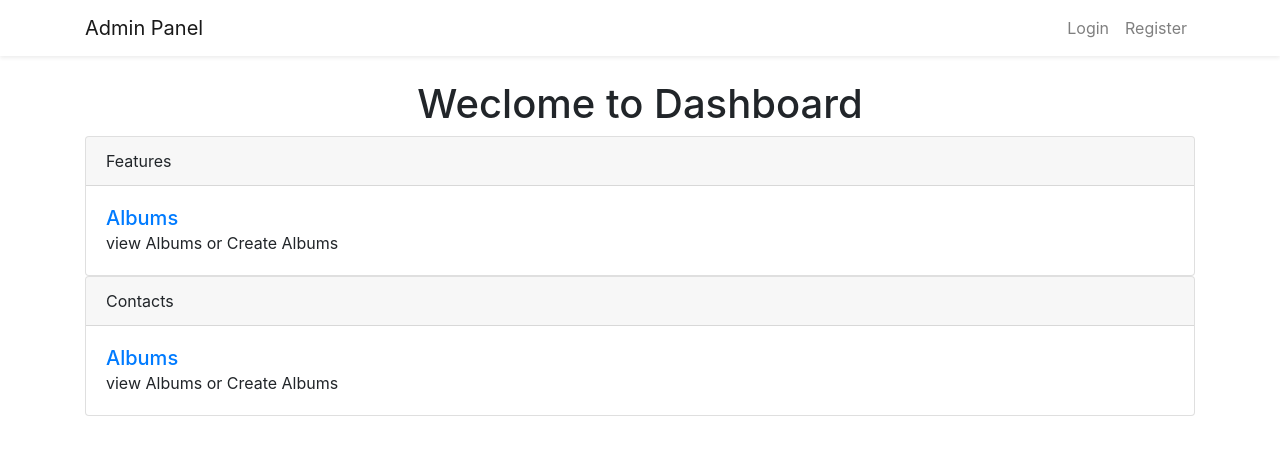
Repository: mohamedelbadawi/Simple-galley-using-laravel
Page: http://localhost/admin/dashboard
The author's editor kept a copy of each file at every save. The page is drawn from the files as they stood at one save, then again after the next save.
The browser window is 1280 px wide. The pictures show the whole page.
The page is served by the project's Laravel application, run on PHP 8.4 with Laravel 8.

Above is the page before, as saved 2021-09-01 11:57:10.

After the next save:
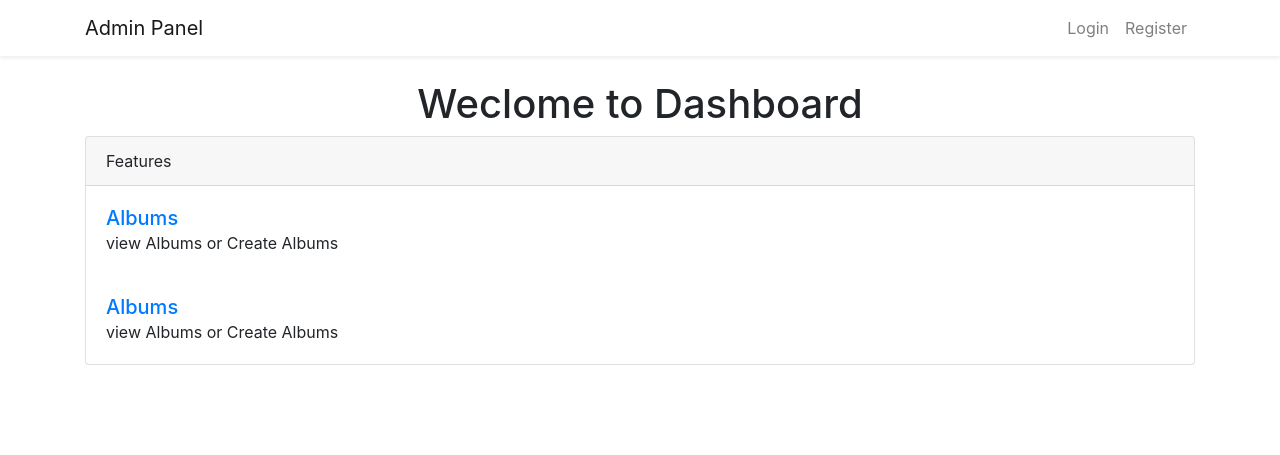
Saved 21 s later.
--- a/Gallery/resources/views/admin/Dashboard.blade.php
+++ b/Gallery/resources/views/admin/Dashboard.blade.php
@@ -14,12 +14,6 @@
                 <p class="card-text">view Albums or Create Albums</p>
 
             </div>
-        </div>
-
-        <div class="card">
-            <div class="card-header">
-                Contacts
-            </div>
             <div class="card-body">
                 <a class="card-title h5" href="{{ route('album.index') }}">Albums</a>
                 <p class="card-text">view Albums or Create Albums</p>
